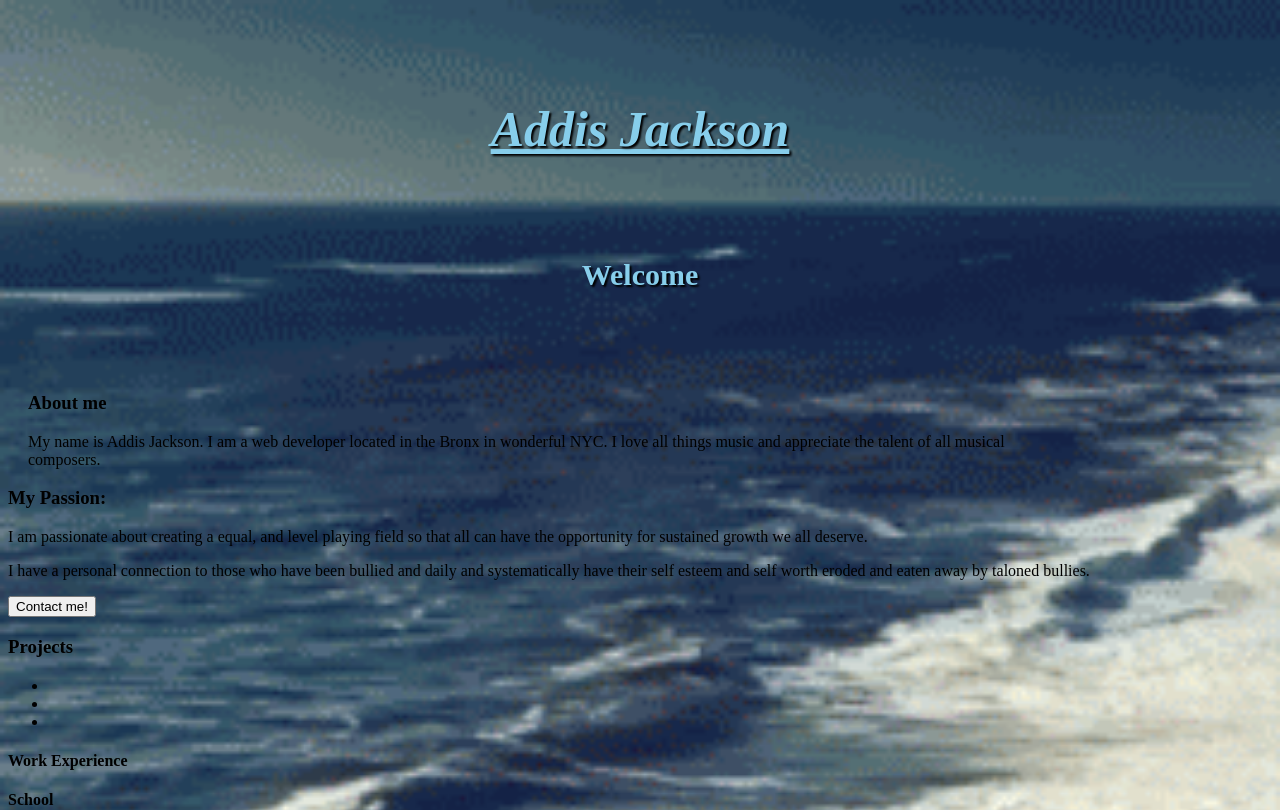
Repository: 10-2-pursuit/lab-design-assets
Page: index.html
The author's editor kept a copy of each file at every save. The page is drawn from the files as they stood at one save, then again after the next save.
The browser window is 1280 px wide. The pictures show the part of the page from y = 0 to 810 px (the page is 1758 px tall).
A picture or video elsewhere on the page could not be fetched, so the positions and the page height are approximate.

Above is the page before, as saved 2023-07-16 04:42:36.

After the next save:
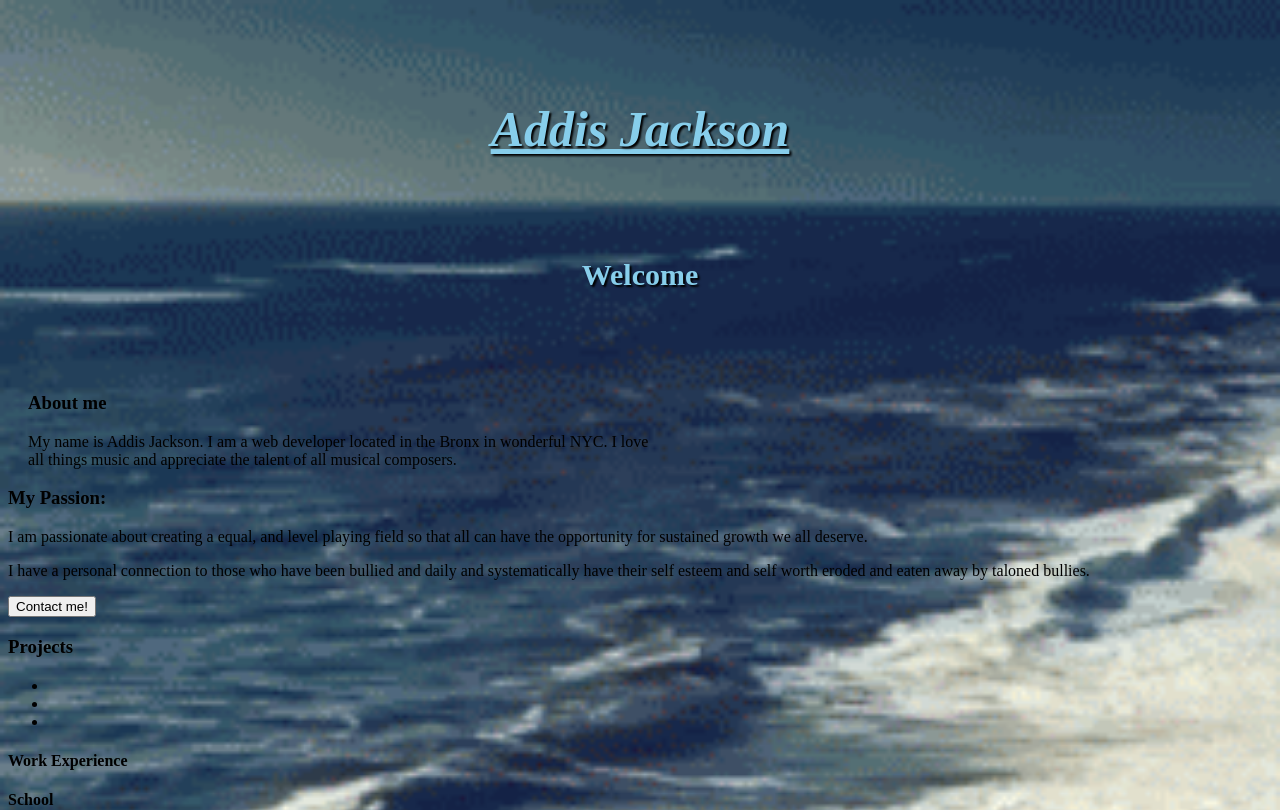
Saved 4 min 4 s later.
--- a/style.css
+++ b/style.css
@@ -38,4 +38,9 @@ h2 {
     margin-bottom: 10px;
     margin-left: 20px;
     margin-right: 200px;
+    width: 50%
 }
+
+.about p {
+    word-wrap: width ;
+}
